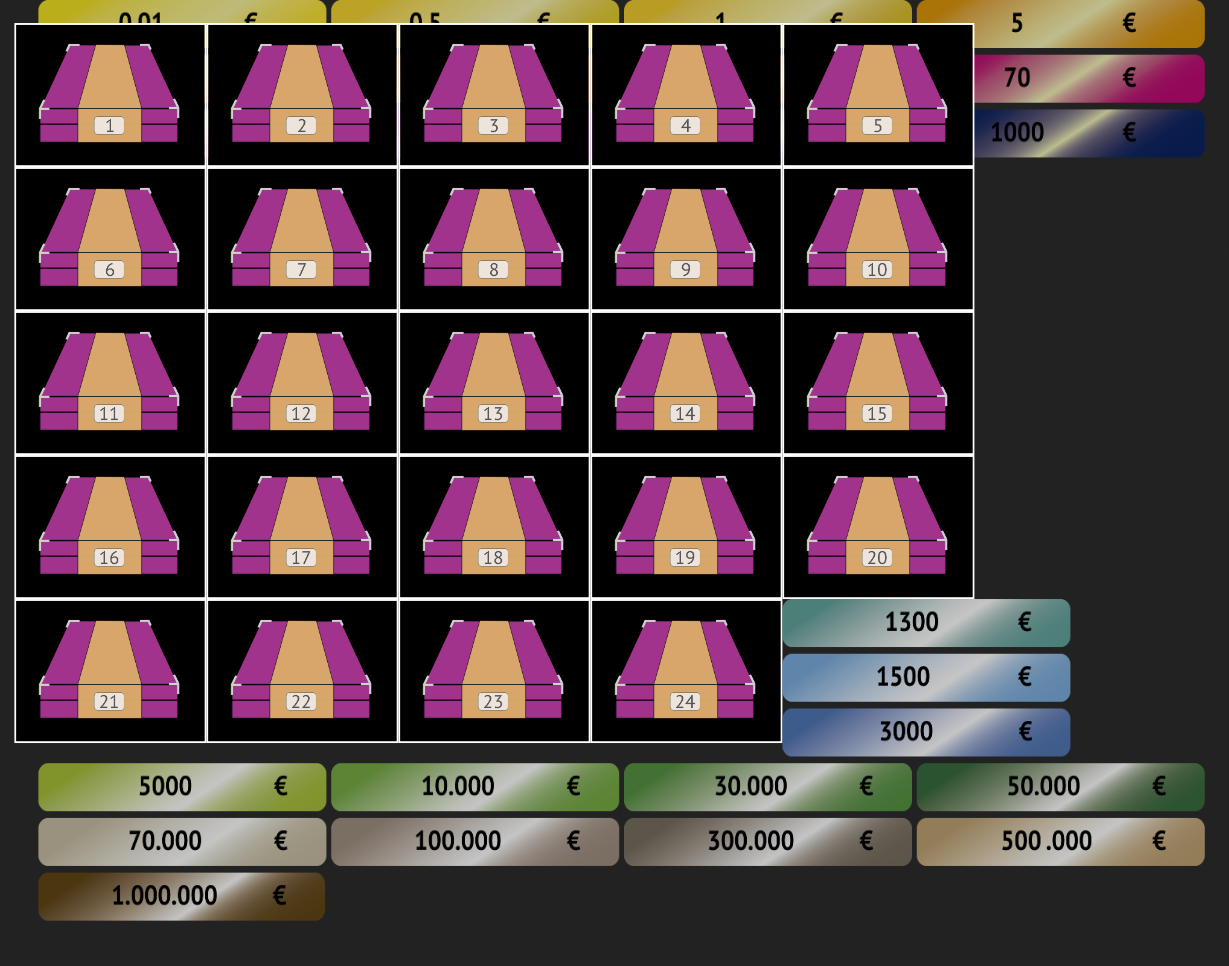
Repository: elnacp/Deal_or_no_deal
Page: DealOrNoDeal/index.html
An editor plug-in stored every save of this project. The page is shown before and after the next save, followed by the edit.
The browser window is 1280 px wide. The pictures show the whole page, at 96% of full size.
Some web libraries are served in a nearby version.

Above is the page before, as saved 2017-11-27 00:21:23.

After the next save:
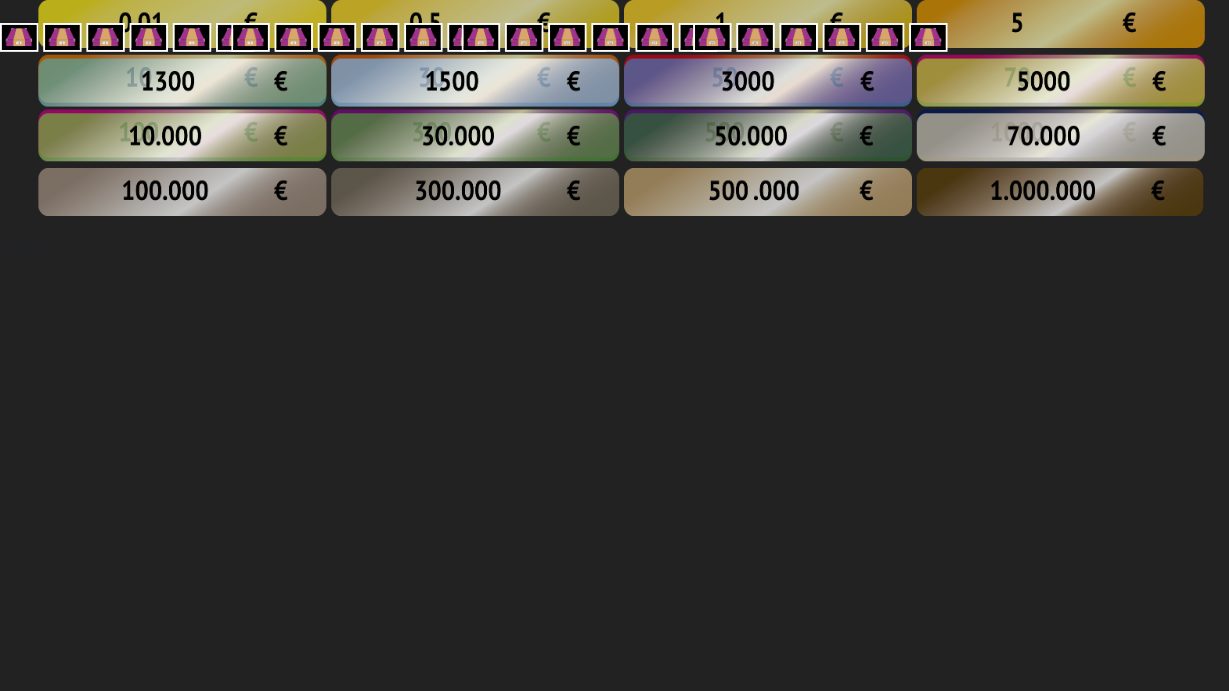
Saved 67 s later.
--- a/DealOrNoDeal/css/style.css
+++ b/DealOrNoDeal/css/style.css
@@ -47,9 +47,9 @@ body {
 }
 
 #image{
-	width:200px;
-	height:150px;
-	float:left;
+	width:40px;
+	height:30px;
+	/*float:left;*/
 	border: 2px solid white;
 }
 
